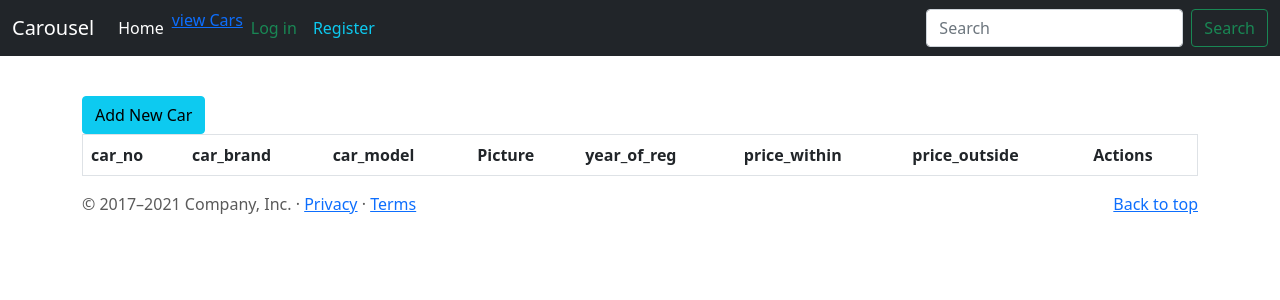
Repository: Cwills21/Aiti-dbc26.1-group-2
Page: http://localhost/cars
The author's editor kept a copy of each file at every save. The page is drawn from the files as they stood at one save, then again after the next save.
The browser window is 1280 px wide. The pictures show the whole page.
The page is served by the project's Laravel application, run on PHP 8.4 with Laravel 8. Queries for data that is not in the repository find no rows.

Above is the page before, as saved 2022-03-09 23:02:03.

After the next save:
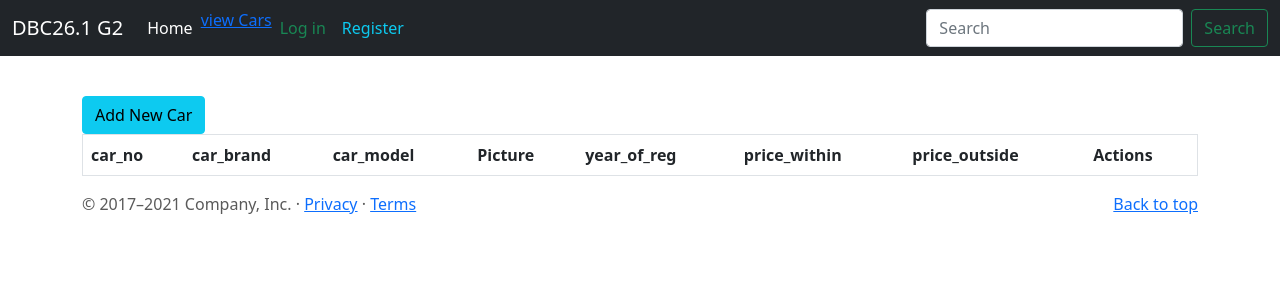
Saved 68 s later.
--- a/resources/views/layout/master.blade.php
+++ b/resources/views/layout/master.blade.php
@@ -52,7 +52,7 @@
 
   <nav class="navbar navbar-expand-md navbar-dark fixed-top bg-dark">
     <div class="container-fluid">
-      <a class="navbar-brand" href="#">Carousel</a>
+      <a class="navbar-brand" href="#">DBC26.1 G2</a>
       <button class="navbar-toggler" type="button" data-bs-toggle="collapse" data-bs-target="#navbarCollapse" aria-controls="navbarCollapse" aria-expanded="false" aria-label="Toggle navigation">
         <span class="navbar-toggler-icon"></span>
       </button>
